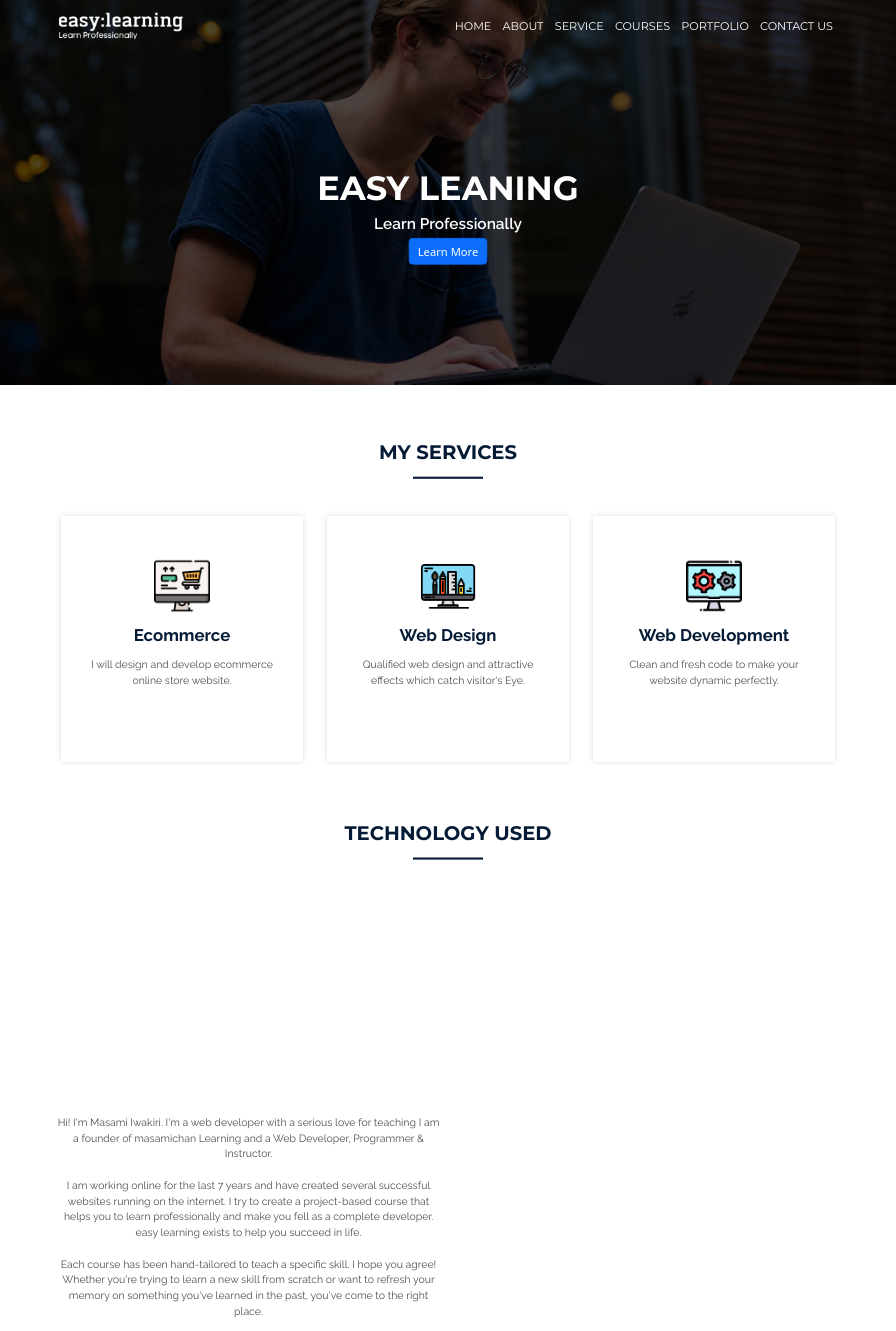
Repository: masamichan/free_video_app
Page: /
The author's editor kept a copy of each file at every save. The page is drawn from the files as they stood at one save, then again after a run of saves.
The browser window is 1280 px wide. The pictures show the whole page, at 70% of full size.
Backgrounds fixed to the window are drawn as part of the page. The project was rebuilt for these pictures with package versions that can differ from the ones it lists, and the page was loaded fresh each time.

Above is the page before, as saved 2023-01-29 09:55:43.

### public/index.html
<!DOCTYPE html>
<html lang="en">
  <head>
    <meta charset="utf-8" />
    <link rel="icon" href="%PUBLIC_URL%/icon.png" />
    <meta name="viewport" content="width=device-width, initial-scale=1" />
    <meta name="theme-color" content="#000000" />
    <meta
      name="description"
      content="Web site created using create-react-app"
    />

    <link rel="manifest" href="%PUBLIC_URL%/manifest.json" />

    <link rel="preconnect" href="https://fonts.googleapis.com">
    <link rel="preconnect" href="https://fonts.gstatic.com" crossorigin>
    <link
      href="https://fonts.googleapis.com/css2?family=Montserrat:wght@400;700;800&family=Raleway:wght@300;400;600;700&display=swap"
      rel="stylesheet">

    <title>Easy Leaning</title>
  </head>
  <body>
    <noscript>You need to enable JavaScript to run this app.</noscript>
    <div style="width: 100%;" id="root"></div>

  </body>
</html>

### src/App.js
import React from "react";
import Analysis from "./components/Analysis/Analysis";
import Services from "./components/Services/Services";
import { TopBanner } from "./components/TopBanner/TopBanner";
import TopNavigation from "./components/TopNavigation/TopNavigation";

function App() {
  return (
    <div>
      <TopNavigation />
      <TopBanner />
      <Services />
      <Analysis />
    </div>
  );
}

export default App;

### src/components/Analysis/Analysis.jsx
import React, { Component, Fragment } from "react";
import { Col, Container, Row } from "react-bootstrap";
import { BarChart, ResponsiveContainer } from "recharts";

export class Analysis extends Component {
  constructor() {
    super();
    this.state = {
      data: [
        { Technology: "PHP", Projects: 100 },
        { Technology: "MySQL", Projects: 90 },
        { Technology: "Laravel", Projects: 95 },
        { Technology: "React", Projects: 85 },
        { Technology: "OpenCart", Projects: 80 },
        { Technology: "Vue js", Projects: 70 },
        { Technology: "Django", Projects: 100 },
        { Technology: "PHP", Projects: 60 },
        { Technology: "JavaScript", Projects: 100 },
      ],
    };
  }

  render() {
    return (
      <Fragment>
        <Container className="text-center">
          <h1 className="serviceMainTitle">TECHNOLOGY USED</h1>
          <div className="bottom"></div>
          <Row>
            <Col
              style={{ width: "100%", height: "300px" }}
              lg={6}
              md={12}
              sm={12}
            >
              <ResponsiveContainer>
                <BarChart
                  width={100}
                  height={300}
                  data={this.state.data}
                ></BarChart>
              </ResponsiveContainer>
            </Col>
            <Col lg={6} md={12} sm={12}>
              <p className="text-justify serviceDescription">
                Hi! I'm Masami Iwakiri. I'm a web developer with a serious love
                for teaching I am a founder of masamichan Learning and a Web
                Developer, Programmer & Instructor.<br></br>
                <br></br>I am working online for the last 7 years and have
                created several successful websites running on the internet. I
                try to create a project-based course that helps you to learn
                professionally and make you fell as a complete developer. easy
                learning exists to help you succeed in life.<br></br>
                <br></br>
                Each course has been hand-tailored to teach a specific skill. I
                hope you agree! Whether you're trying to learn a new skill from
                scratch or want to refresh your memory on something you've
                learned in the past, you've come to the right place.
              </p>
            </Col>
          </Row>
        </Container>
      </Fragment>
    );
  }
}

export default Analysis;

### src/components/Services/Services.jsx
import React, { Component, Fragment } from "react";
import { Col, Container, Row } from "react-bootstrap";
import designIcon from "../../asset/image/design.png";
import ecommerceIcon from "../../asset/image/ecommerce.png";
import webIcon from "../../asset/image/web.png";

export class Services extends Component {
  render() {
    return (
      <Fragment>
        <Container className="text-center">
          <h1 className="serviceMainTitle">MY SERVICES</h1>
          <div className="bottom"></div>
          <Row>
            <Col lg={4} md={6} sm={12}>
              <div className="serviceCard text-center">
                <img className="ecommerceIcon" src={ecommerceIcon} />
                <h2 className="serviceName">Ecommerce</h2>
                <p className="serviceDescription">
                  I will design and develop ecommerce online store website.
                </p>
              </div>
            </Col>
            <Col lg={4} md={6} sm={12}>
              <div className="serviceCard text-center">
                <img className="designIcon" src={designIcon} />
                <h2 className="serviceName">Web Design</h2>
                <p className="serviceDescription">
                  Qualified web design and attractive effects which catch
                  visitor's Eye.
                </p>
              </div>
            </Col>
            <Col lg={4} md={6} sm={12}>
              <div className="serviceCard text-center">
                <img className="webIcon" src={webIcon} />
                <h2 className="serviceName">Web Development</h2>
                <p className="serviceDescription">
                  Clean and fresh code to make your website dynamic perfectly.
                </p>
              </div>
            </Col>
          </Row>
        </Container>
      </Fragment>
    );
  }
}

export default Services;

### src/components/TopBanner/TopBanner.jsx
import React, { Component, Fragment } from "react";
import { Button, Col, Container, Row } from "react-bootstrap";

export class TopBanner extends Component {
  render() {
    return (
      <Fragment>
        <Container fluid={true} className="topFixedBanner p-0">
          <div className="topBannerOverlay">
            <Container className="topContent">
              <Row>
                <Col className="text-center">
                  <h1 className="topTitle">EASY LEANING</h1>
                  <h4 className="topSubTitle">Learn Professionally</h4>
                  <Button variant="primary">Learn More</Button>
                </Col>
              </Row>
            </Container>
          </div>
        </Container>
      </Fragment>
    );
  }
}

export default TopBanner;

### src/components/TopNavigation/TopNavigation.jsx
import React, { Component, Fragment } from "react";
import { Nav, Navbar, NavDropdown } from "react-bootstrap";
import { Container } from "react-bootstrap";
import whiteLogo from "../../asset/image/logo_white.png";
import blackLogo from "../../asset/image/logo_black.png";
import "../../asset/css/custom.css";
import "../../asset/css/bootstrap.css";

export class TopNavigation extends Component {
  constructor() {
    super();
    this.state = {
      navBarTitle: "navTitle",
      navBarLogo: [whiteLogo],
      navBarBack: "navBackground",
      navBarItem: "navItem",
    };
  }

  onScroll = () => {
    if (window.scrollY > 100) {
      this.setState({
        navBarTitle: "navTitleScroll",
        navBarLogo: [blackLogo],
        navBarBack: "navBackgroundScroll",
        navBarItem: "navItemScroll",
      });
    } else if (window.scrollY < 100) {
      this.setState({
        navBarTitle: "navTitle",
        navBarLogo: [whiteLogo],
        navBarBack: "navBackground",
        navBarItem: "navItem",
      });
    }
  };

  componentDidMount() {
    window.addEventListener("scroll", this.onScroll);
  }

  render() {
    return (
      <Fragment>
        <Navbar
          className={this.state.navBarBack}
          collapseOnSelect
          fixed="top"
          expand="lg"
          variant="dark"
        >
          <Container>
            <Navbar.Brand className={this.state.navBarTitle} href="#home">
              <img src={this.state.navBarLogo} />
            </Navbar.Brand>
            <Navbar.Toggle aria-controls="responsive-navbar-nav" />
            <Navbar.Collapse id="responsive-navbar-nav">
              <Nav className="me-auto"></Nav>
              <Nav>
                <Nav.Link className={this.state.navBarItem} href="#deets">
                  HOME
                </Nav.Link>
                <Nav.Link className={this.state.navBarItem} href="#deets">
                  ABOUT
                </Nav.Link>
                <Nav.Link className={this.state.navBarItem} href="#deets">
                  SERVICE
                </Nav.Link>
                <Nav.Link className={this.state.navBarItem} href="#deets">
                  COURSES
                </Nav.Link>
                <Nav.Link className={this.state.navBarItem} href="#deets">
                  PORTFOLIO
                </Nav.Link>
                <Nav.Link className={this.state.navBarItem} href="#deets">
                  CONTACT US
                </Nav.Link>
              </Nav>
            </Navbar.Collapse>
          </Container>
        </Navbar>
      </Fragment>
    );
  }
}

export default TopNavigation;

### src/asset/css/custom.css
.topFixedBanner {
  background-image: url("../image/banner.jpg");
  min-height: 550px;
  background-attachment: fixed;
  background-position: center;
  background-repeat: no-repeat;
  background-size: cover;
}
.topBannerOverlay {
  position: absolute;
  min-height: 550px;
  width: 100%;
  background: rgb(0, 0, 0, 0.7);
}

.topContent {
  margin-top: 15em;
}

.topTitle {
  font-family: "Montserrat", sans-serif;
  font-weight: 700;
  color: #ffffff;
  font-size: 48px;
}

.topSubTitle {
  font-family: "Raleway", san-serif;
  font-weight: 600;
  color: #ffffff;
  font-size: 22px;
}

.ecommerceIcon {
  height: 80px;
  width: 80px;
}

.designIcon {
  height: 80px;
  width: 80px;
}

.webIcon {
  height: 80px;
  width: 80px;
}

.serviceCard {
  margin: 5px 5px 5px 5px;
  height: 22rem;
  padding: 60px 30px 60px 30px;
  box-shadow: 0 0 8px 0 rgb(4, 55, 105, 0.2);
}

.serviceCard:hover {
  margin: 5px 5px 5px 5px;
  height: 22rem;
  padding: 60px 30px 60px 30px;
  box-shadow: 0 0 16px 0 rgb(4, 55, 105, 0.2);
}

.serviceName {
  color: #051b35;
  margin-top: 1rem;
  font-family: "Raleway", sans-serif;
  font-size: 24px;
  font-weight: 700;
}

.serviceDescription {
  color: #505050;
  margin-top: 1rem;
  font-family: "Raleway", sans-serif;
  font-size: 15px;
  font-weight: 400;
}

.serviceMainTitle {
  color: #051b35;
  margin-top: 5rem;
  margin-bottom: 3rem;
  font-family: "Montserrat", sans-serif;
  font-weight: 700;
  font-size: 28px;
}

.bottom {
  background: #051b35 none repeat scroll 0 0;
  height: 3px;
  width: 100px;
  margin: -1.9rem auto 0;
  margin-bottom: 3rem;
}

.navTitle {
  font-family: "Montserrat", sans-serif;
  color: #ffffff !important;
  font-weight: 700;
  font-size: 30px;
}

.navTitleScroll {
  font-family: "Montserrat", sans-serif;
  color: #051b35 !important;
  font-weight: 700;
  font-size: 30px;
}

.navBackground {
  -webkit-transition: background-color 400ms llinear;
  -moz-transition: background-color 400ms linear;
  -o-transition: background-color 400ms linear;
  transition: background-color 400ms linear;
  background-color: rgb(00, 00, 00, 0) !important;
}

.navBackgroundScroll {
  -webkit-transition: background-color 400ms llinear;
  -moz-transition: background-color 400ms linear;
  -o-transition: background-color 400ms linear;
  transition: background-color 400ms linear;
  background-color: #ffffff;
}

.navItem {
  text-decoration: none !important;
  font-family: "Montserrat", sans-serif;
  color: #ffffff !important;
  font-weight: 700;
  font-size: 16px;
}

.navItemScroll {
  text-decoration: none !important;
  font-family: "Montserrat", sans-serif;
  color: #000000 !important;
  font-weight: 700;
  font-size: 16px;
}

Loaded but not shown: src/index.js (common file); src/asset/css/bootstrap.css (library)

After the next 3 saves:
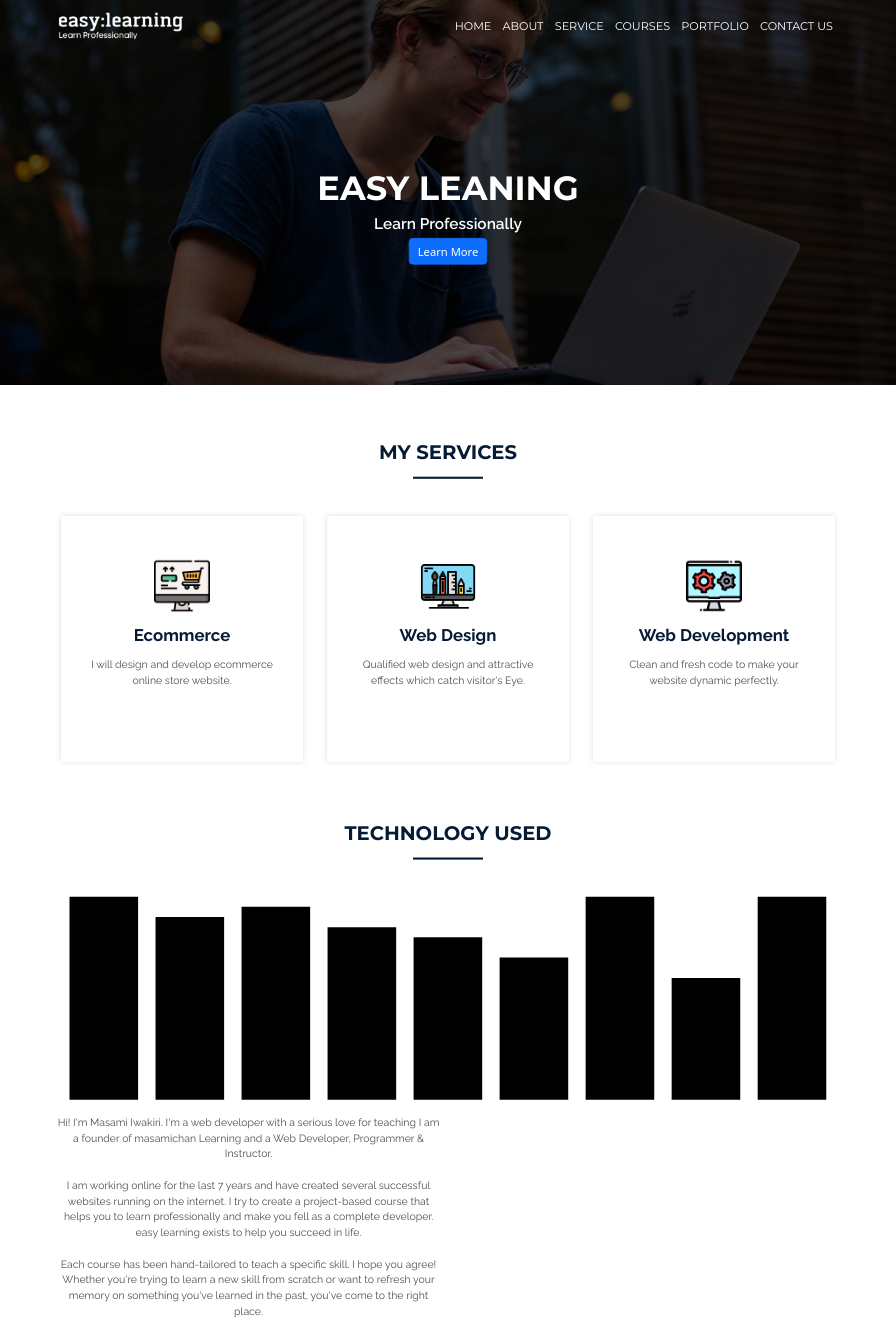
The 3 saves are shown as one change because 2 did not build or start.
The last was saved 3 min 56 s later.
--- a/src/components/Analysis/Analysis.jsx
+++ b/src/components/Analysis/Analysis.jsx
@@ -1,6 +1,6 @@
 import React, { Component, Fragment } from "react";
 import { Col, Container, Row } from "react-bootstrap";
-import { BarChart, ResponsiveContainer } from "recharts";
+import { Bar, BarChart, ResponsiveContainer } from "recharts";
 
 export class Analysis extends Component {
   constructor() {
@@ -34,11 +34,9 @@ export class Analysis extends Component {
               sm={12}
             >
               <ResponsiveContainer>
-                <BarChart
-                  width={100}
-                  height={300}
-                  data={this.state.data}
-                ></BarChart>
+                <BarChart width={100} height={300} data={this.state.data}>
+                  <Bar dataKey="Projects"></Bar>
+                </BarChart>
               </ResponsiveContainer>
             </Col>
             <Col lg={6} md={12} sm={12}>
